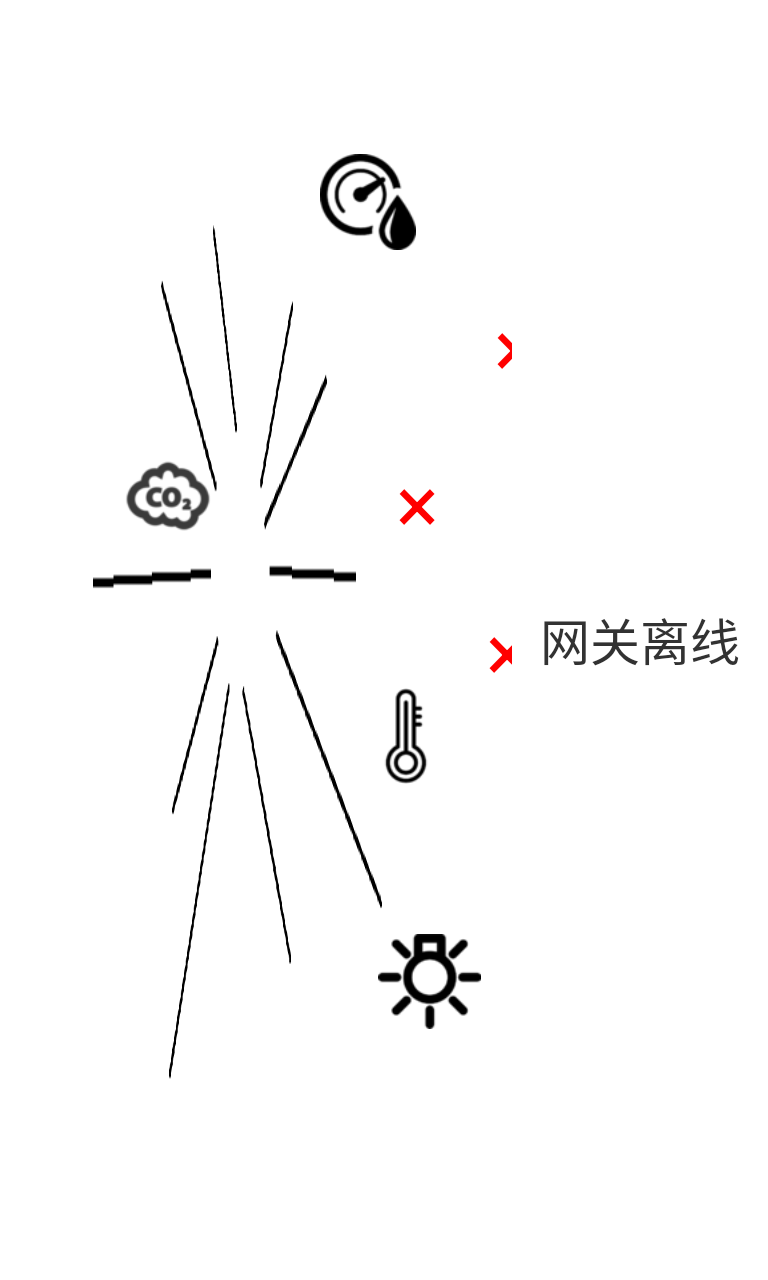
Repository: HuaAndLi/guosai2019-android-code
Layout: 国赛Android代码最优代码/A/SmartHome/res/layout/activity_conn.xml
The author's editor kept a copy of each file at every save. The layout is drawn from the files as they stood at one save, then again after the next save.
It is drawn on a 768 x 1280 px phone screen (xhdpi) without system bars, with theme android:Theme.Holo.Light.NoActionBar.Fullscreen; the app's code is not run.

Above is the layout before, as saved 2019-05-13 10:12:35.

### 国赛Android代码最优代码/A/SmartHome/res/layout/activity_conn.xml
<LinearLayout xmlns:android="http://schemas.android.com/apk/res/android"
    xmlns:tools="http://schemas.android.com/tools"
    android:layout_width="match_parent"
    android:layout_height="match_parent"
    tools:context=".ConnActivity" >

    <AbsoluteLayout
        android:layout_width="match_parent"
        android:layout_height="match_parent"
        android:layout_weight="1"
        android:background="@drawable/ba" >

        <TextView
            android:id="@+id/textView1"
            android:layout_width="wrap_content"
            android:layout_height="wrap_content"
            android:layout_x="247dp"
            android:layout_y="146dp"
            android:text="×"
            android:textColor="#f00"
            android:textSize="40sp" />

        <TextView
            android:id="@+id/TextView01"
            android:layout_width="wrap_content"
            android:layout_height="wrap_content"
            android:layout_x="295dp"
            android:layout_y="119dp"
            android:text="×"
            android:textColor="#f00"
            android:textSize="40sp" />

        <TextView
            android:id="@+id/TextView02"
            android:layout_width="wrap_content"
            android:layout_height="wrap_content"
            android:layout_x="361dp"
            android:layout_y="143dp"
            android:text="×"
            android:textColor="#f00"
            android:textSize="40sp" />

        <TextView
            android:id="@+id/TextView03"
            android:layout_width="wrap_content"
            android:layout_height="wrap_content"
            android:layout_x="385dp"
            android:layout_y="173dp"
            android:text="×"
            android:textColor="#f00"
            android:textSize="40sp" />

        <TextView
            android:id="@+id/TextView04"
            android:layout_width="wrap_content"
            android:layout_height="wrap_content"
            android:layout_x="412dp"
            android:layout_y="220dp"
            android:text="×"
            android:textColor="#f00"
            android:textSize="40sp" />

        <TextView
            android:id="@+id/TextView05"
            android:layout_width="wrap_content"
            android:layout_height="wrap_content"
            android:layout_x="413dp"
            android:layout_y="294dp"
            android:text="×"
            android:textColor="#f00"
            android:textSize="40sp" />

        <TextView
            android:id="@+id/TextView06"
            android:layout_width="wrap_content"
            android:layout_height="wrap_content"
            android:layout_x="347dp"
            android:layout_y="328dp"
            android:text="×"
            android:textColor="#f00"
            android:textSize="40sp" />

        <TextView
            android:id="@+id/TextView07"
            android:layout_width="wrap_content"
            android:layout_height="wrap_content"
            android:layout_x="265dp"
            android:layout_y="346dp"
            android:text="×"
            android:textColor="#f00"
            android:textSize="40sp" />

        <TextView
            android:id="@+id/TextView08"
            android:layout_width="wrap_content"
            android:layout_height="wrap_content"
            android:layout_x="243dp"
            android:layout_y="298dp"
            android:text="×"
            android:textColor="#f00"
            android:textSize="40sp" />

        <TextView
            android:id="@+id/TextView09"
            android:layout_width="wrap_content"
            android:layout_height="wrap_content"
            android:layout_x="198dp"
            android:layout_y="224dp"
            android:text="×"
            android:textColor="#f00"
            android:textSize="40sp" />

        <ImageView
            android:id="@+id/imageView1"
            android:layout_width="wrap_content"
            android:layout_height="wrap_content"
            android:layout_x="160dp"
            android:layout_y="77dp"
            android:src="@drawable/v1312" />

        <ImageView
            android:id="@+id/imageView2"
            android:layout_width="wrap_content"
            android:layout_height="wrap_content"
            android:layout_x="261dp"
            android:layout_y="44dp"
            android:src="@drawable/v1313" />

        <ImageView
            android:id="@+id/ImageView01"
            android:layout_width="wrap_content"
            android:layout_height="wrap_content"
            android:layout_x="383dp"
            android:layout_y="73dp"
            android:src="@drawable/v1314" />

        <ImageView
            android:id="@+id/ImageView02"
            android:layout_width="wrap_content"
            android:layout_height="wrap_content"
            android:layout_x="447dp"
            android:layout_y="118dp"
            android:src="@drawable/v1315" />

        <ImageView
            android:id="@+id/ImageView03"
            android:layout_width="wrap_content"
            android:layout_height="wrap_content"
            android:layout_x="60dp"
            android:layout_y="224dp"
            android:src="@drawable/v1316" />

        <ImageView
            android:id="@+id/ImageView04"
            android:layout_width="wrap_content"
            android:layout_height="wrap_content"
            android:layout_x="179dp"
            android:layout_y="344dp"
            android:src="@drawable/v1317" />

        <ImageView
            android:id="@+id/ImageView05"
            android:layout_width="wrap_content"
            android:layout_height="wrap_content"
            android:layout_x="189dp"
            android:layout_y="467dp"
            android:src="@drawable/v1318" />

        <ImageView
            android:id="@+id/ImageView06"
            android:layout_width="wrap_content"
            android:layout_height="wrap_content"
            android:layout_x="384dp"
            android:layout_y="430dp"
            android:src="@drawable/v1319" />

        <ImageView
            android:id="@+id/ImageView07"
            android:layout_width="wrap_content"
            android:layout_height="wrap_content"
            android:layout_x="509dp"
            android:layout_y="402dp"
            android:src="@drawable/v1320" />

        <ImageView
            android:id="@+id/ImageView08"
            android:layout_width="wrap_content"
            android:layout_height="wrap_content"
            android:layout_x="482dp"
            android:layout_y="182dp"
            android:src="@drawable/v1321" />
    </AbsoluteLayout>

    <LinearLayout
        android:layout_width="match_parent"
        android:layout_height="match_parent"
        android:layout_weight="2" >

        <LinearLayout
            android:layout_width="match_parent"
            android:layout_height="match_parent"
            android:layout_weight="1"
            android:gravity="center" >

            <TextView
                android:layout_width="wrap_content"
                android:layout_height="wrap_content"
                android:text="网关"
                android:textSize="25sp" />

            <TextView
                android:id="@+id/tv1"
                android:layout_width="wrap_content"
                android:layout_height="wrap_content"
                android:text="离线"
                android:textSize="25sp" />
        </LinearLayout>
    </LinearLayout>

</LinearLayout>

After the next save:
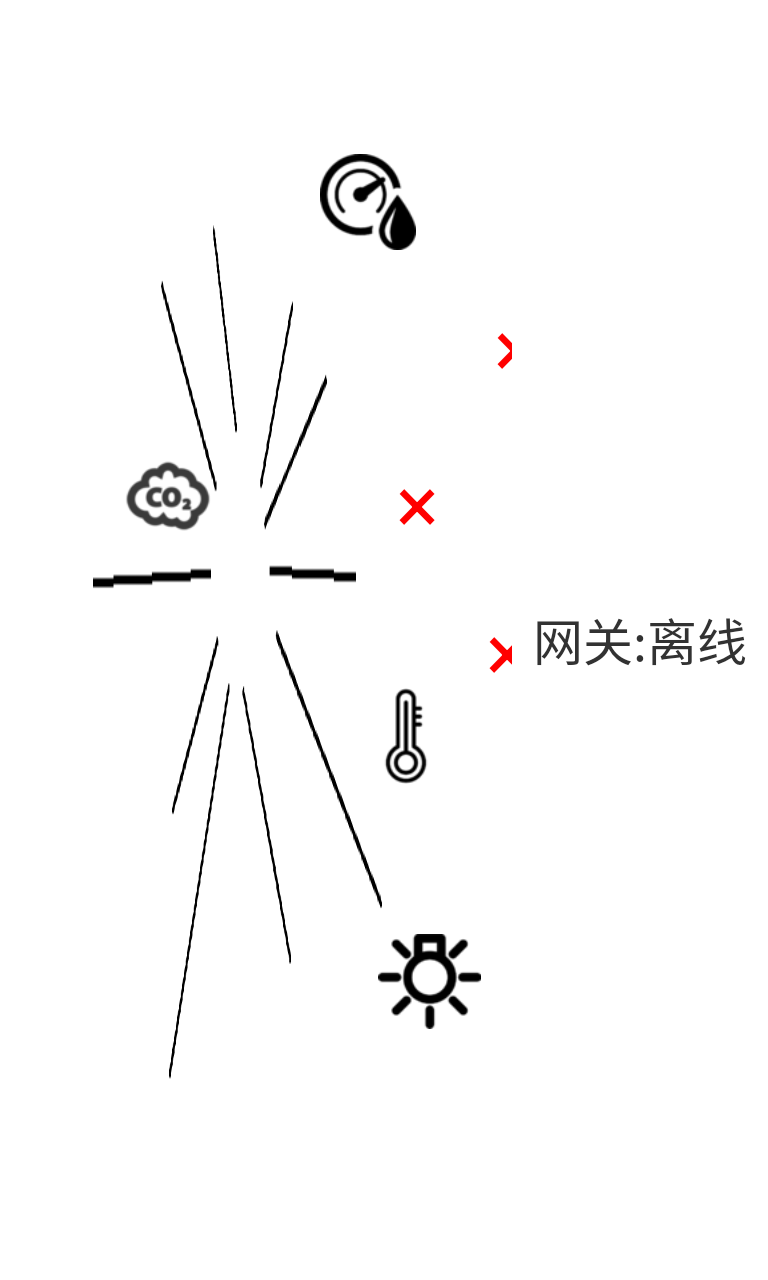
Saved 33 s later.
--- a/国赛Android代码最优代码/A/SmartHome/res/layout/activity_conn.xml
+++ b/国赛Android代码最优代码/A/SmartHome/res/layout/activity_conn.xml
@@ -205,7 +205,7 @@
             <TextView
                 android:layout_width="wrap_content"
                 android:layout_height="wrap_content"
-                android:text="网关"
+                android:text="网关:"
                 android:textSize="25sp" />
 
             <TextView
